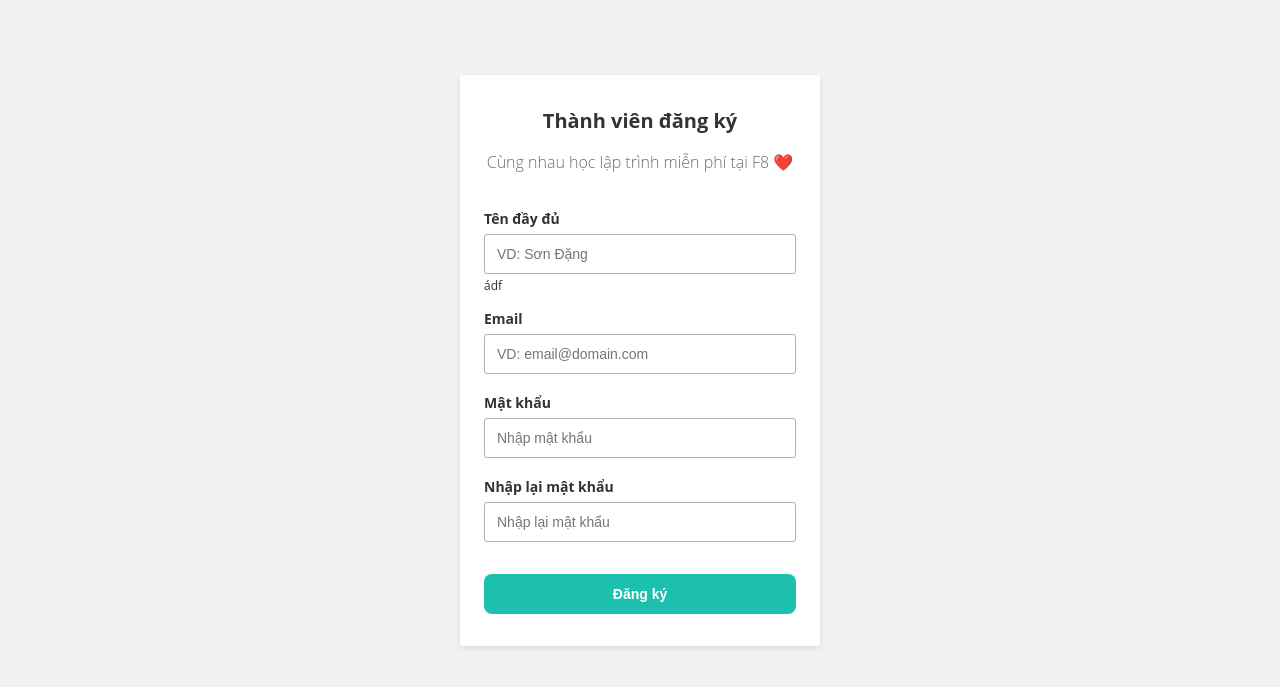
Repository: hoangnam180/FormValidate
Page: index.html
These files come from the project's save history. The page is drawn as it stood at one moment and after the next save; the edit follows.
The browser window is 1280 px wide. The pictures show the whole page.

Above is the page before, as saved 2021-11-04 06:28:23.

After the next save:
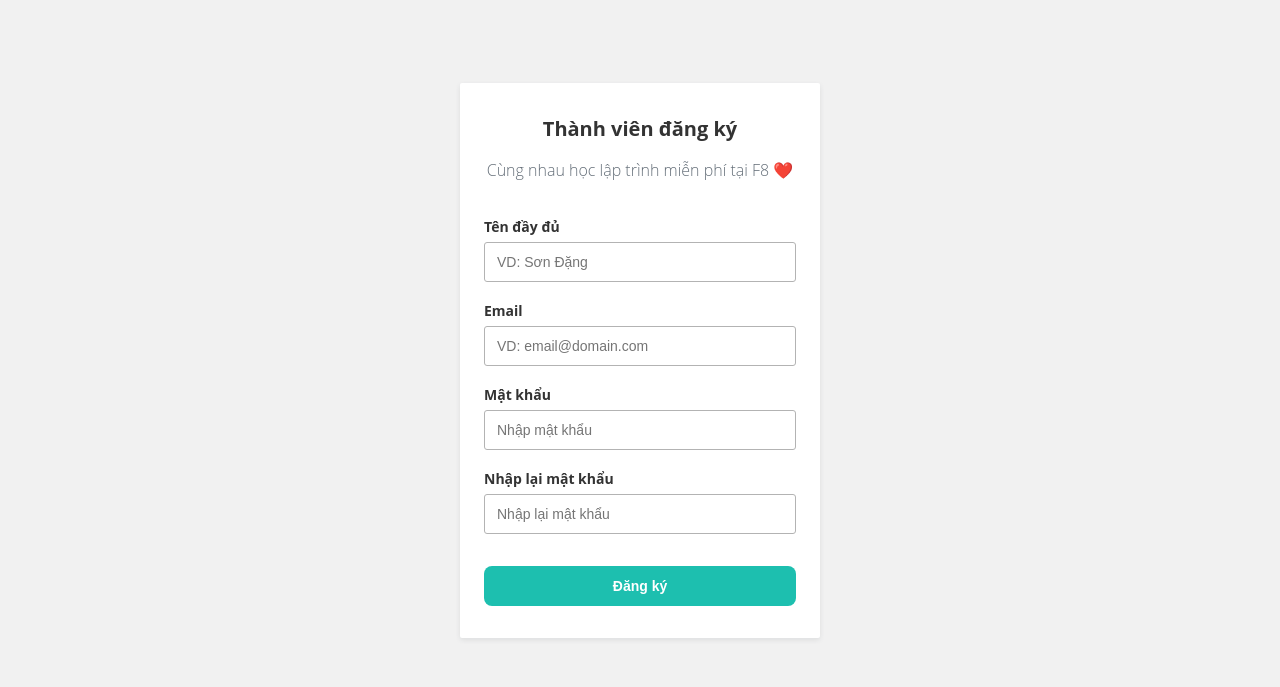
Saved 5 min 11 s later.
--- a/index.html
+++ b/index.html
@@ -19,7 +19,7 @@
           <div class="form-group">
             <label for="fullname" class="form-label">Tên đầy đủ</label>
             <input id="fullname" name="fullname" type="text" placeholder="VD: Sơn Đặng" class="form-control">
-            <span class="form-message">ádf</span>
+            <span class="form-message"></span>
           </div>
 
           <div class="form-group">
@@ -48,6 +48,7 @@
         //mong muốn
         validation({
           form : '#form-1',
+          errorSelector : '.form-message',
           rules : [
             validation.isRequired('#fullname'),
             validation.isEmail('#email')
